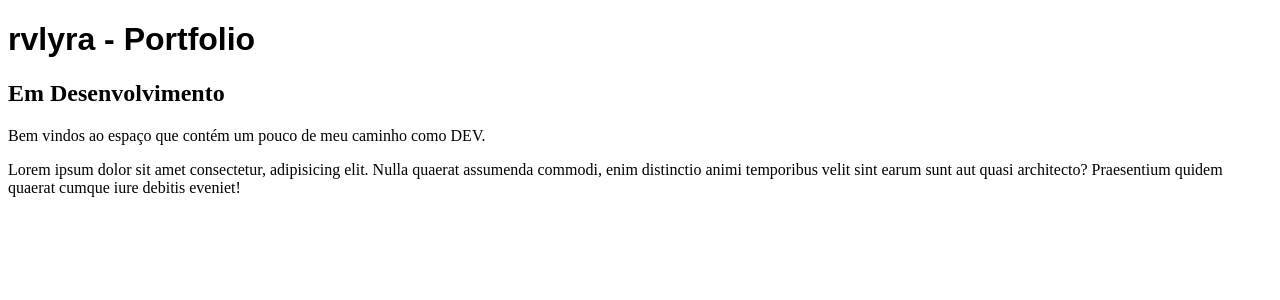
Repository: rvlyra/splash-screen-rvlyra
Page: Portfolio-RVLYRA/public/index.html
These files come from the project's save history. The page is drawn as it stood at one moment and after the next save; the edit follows.
The browser window is 1280 px wide. The pictures show the whole page.
Some web fonts or font styles are not loaded; a fallback is used.

Above is the page before, as saved 2022-07-06 09:16:05.

### Portfolio-RVLYRA/public/index.html
<!DOCTYPE html>
<html lang="en">
<head>
    <meta charset="UTF-8">
    <meta http-equiv="X-UA-Compatible" content="IE=edge">
    <meta name="viewport" content="width=device-width, initial-scale=1.0">
    <link rel="stylesheet" href="../assets/src/css/rl.main.css">
    <title>rvlyra @ Portfolio</title>
</head>
<body>
    <header class="header">
        <h1>rvlyra - Portfolio</h1>
    </header>

    <section>
        <h2>Em Desenvolvimento</h2>
        <p>Bem vindos ao espaço que contém um pouco de meu caminho como DEV.</p>
        <p>Lorem ipsum dolor sit amet consectetur, adipisicing elit. Nulla quaerat assumenda commodi, enim distinctio animi temporibus velit sint earum sunt aut quasi architecto? Praesentium quidem quaerat cumque iure debitis eveniet!</p>
    </section>
    <section></section>
    <section></section>

</body>
</html>

### Portfolio-RVLYRA/assets/src/css/rl.main.css
@import url('https://fonts.googleapis.com/css2?family=Mingzat&display=swap');

setcion, header {
    font-family: 'Mingzat', sans-serif;
}

After the next save:
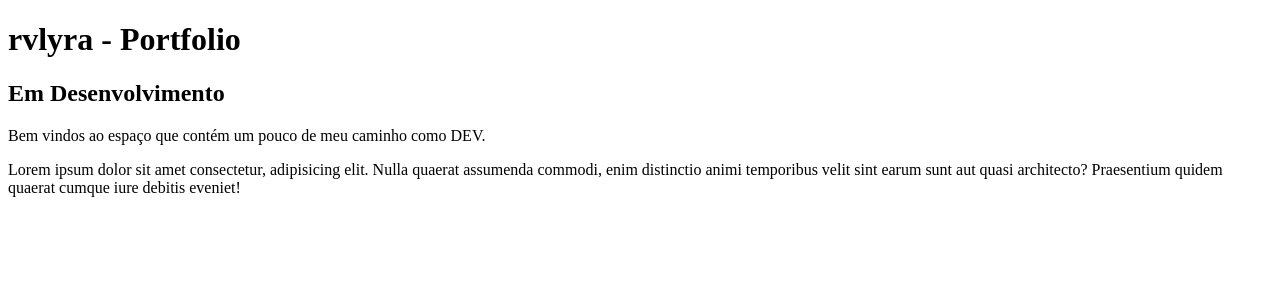
Saved 33 s later.
--- a/Portfolio-RVLYRA/assets/src/css/rl.main.css
+++ b/Portfolio-RVLYRA/assets/src/css/rl.main.css
@@ -1,5 +1,5 @@
 @import url('https://fonts.googleapis.com/css2?family=Mingzat&display=swap');
 
-setcion, header {
+setcion header {
     font-family: 'Mingzat', sans-serif;
 }

After the save that followed:
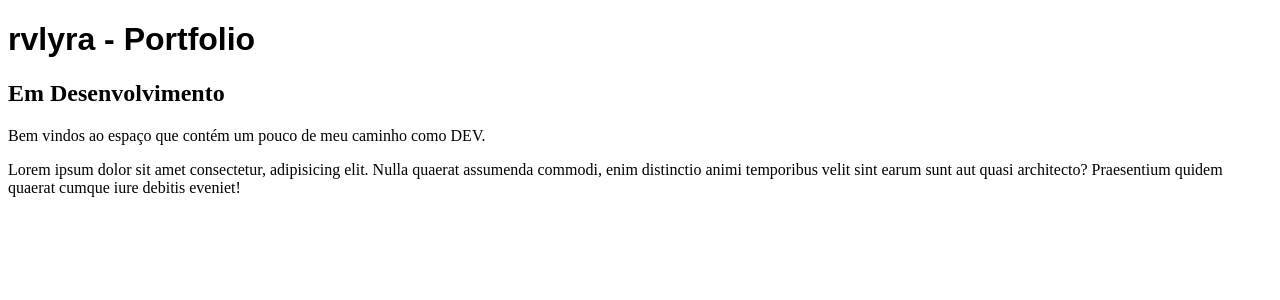
Saved 4 s later.
--- a/Portfolio-RVLYRA/assets/src/css/rl.main.css
+++ b/Portfolio-RVLYRA/assets/src/css/rl.main.css
@@ -1,5 +1,5 @@
 @import url('https://fonts.googleapis.com/css2?family=Mingzat&display=swap');
 
-setcion header {
+setcion, header {
     font-family: 'Mingzat', sans-serif;
 }
